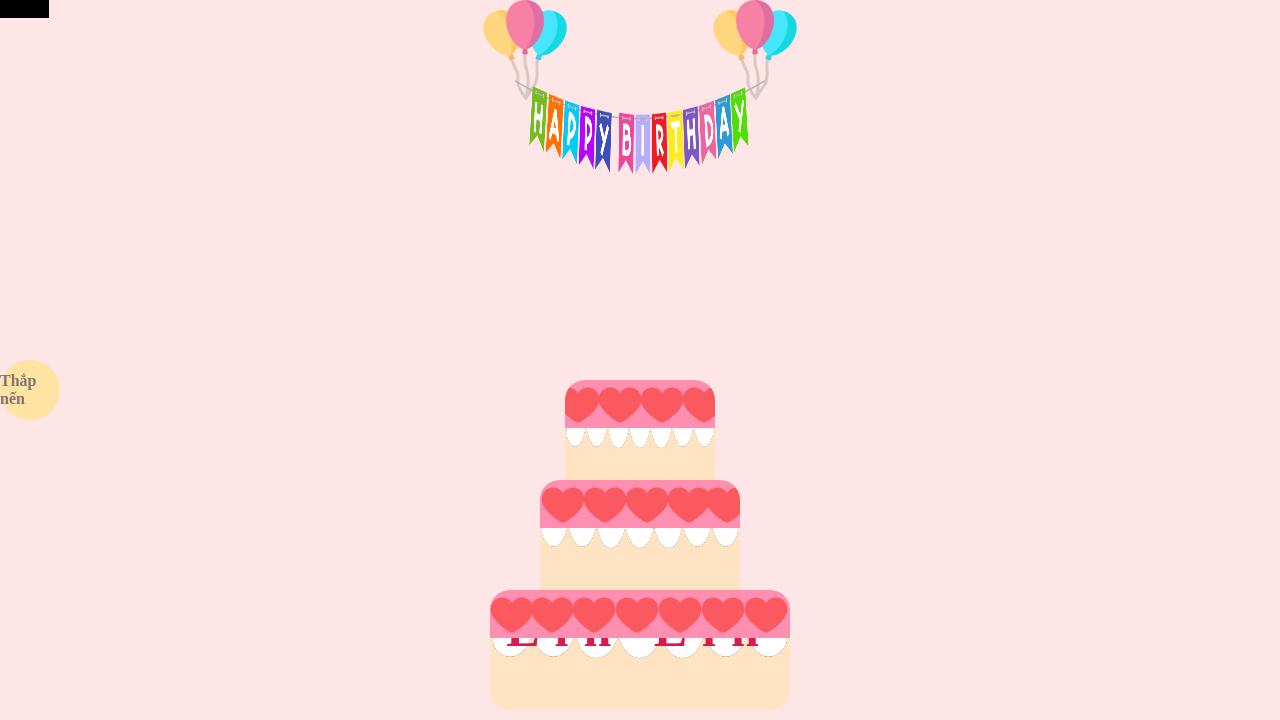
Repository: iphoneboy46/happybirthday
Page: index.html
The author's editor kept a copy of each file at every save. The page is drawn from the files as they stood at one save, then again after a run of saves.
The browser window is 1280 px wide. The pictures show the whole page.
Some web fonts or font styles are not loaded; a fallback is used.

Above is the page before, as saved 2022-11-28 21:44:01.

### index.html
<!DOCTYPE html>
<html lang="en">
  <head>
    <meta charset="UTF-8" />
    <meta http-equiv="X-UA-Compatible" content="IE=edge" />
    <meta name="viewport" content="width=device-width, initial-scale=1.0" />
    <title>Happy Birthday</title>
    <link rel="stylesheet" href="style.css" />
  </head>
  <body>
    <div class="container">
      <div class="bg-black">
        <div class="moden">
            Bật đèn
        </div>
      </div>
      <div class="cake">
        <div class="top--cake">
          <div class="img-wavy">
            <img src="image/img1.png" alt="" />
          </div>

          <div class="img-heart-1--top">
            <img src="image/heart.png" alt="" />
          </div>
          <div class="img-heart-2--top">
            <img src="image/heart.png" alt="" />
          </div>
          <div class="img-heart-3--top">
            <img src="image/heart.png" alt="" />
          </div>
          <div class="img-heart-4--top">
            <img src="image/heart.png" alt="" />
          </div>

          <div class="border-cake"></div>
        </div>
        <div class="center--cake">
          <div class="img-wavy">
            <img src="image/img1.png" alt="" />
          </div>
          <div class="img-heart-1--center">
            <img src="image/heart.png" alt="" />
          </div>
          <div class="img-heart-2--center">
            <img src="image/heart.png" alt="" />
          </div>
          <div class="img-heart-3--center">
            <img src="image/heart.png" alt="" />
          </div>
          <div class="img-heart-4--center">
            <img src="image/heart.png" alt="" />
          </div>
          <div class="img-heart-5--center">
            <img src="image/heart.png" alt="" />
          </div>
          <div class="img-heart-6--center">
            <img src="image/heart.png" alt="" />
          </div>
          <div class="img-heart-7--center">
            <img src="image/heart.png" alt="" />
          </div>

          <div class="border-cake"></div>
        </div>
        <div class="bottom--cake">
          <div class="img-wavy">
            <img src="image/img1.png" alt="" />
          </div>

          <div class="img-heart-1">
            <img src="image/heart.png" alt="" />
          </div>
          <div class="img-heart-2">
            <img src="image/heart.png" alt="" />
          </div>
          <div class="img-heart-3">
            <img src="image/heart.png" alt="" />
          </div>
          <div class="img-heart-4">
            <img src="image/heart.png" alt="" />
          </div>
          <div class="img-heart-5">
            <img src="image/heart.png" alt="" />
          </div>
          <div class="img-heart-6">
            <img src="image/heart.png" alt="" />
          </div>
          <div class="img-heart-7">
            <img src="image/heart.png" alt="" />
          </div>
          <div class="img-heart-8">
            <img src="image/heart.png" alt="" />
          </div>

          <div class="border-cake"></div>
        </div>
        <div class="fire2">
          <img src="music/luanen.gif" alt="" />
        </div>
        <div class="fire4">
          <img src="music/luanen.gif" alt="" />
        </div>
        <div class="number2">
          <img src="image/number2png.png" alt="" />
        </div>
        <div class="number4">
          <img src="image/number4.png" alt="" />
        </div>
      </div>
      <h1 class="name">Lin Lin</h1>
      <h2 class="day">29-11</h2>
      <audio class="audioHpbd" controls autoplay>
        <source src="music/Happy Birthday -Piano Cover.mp3" type="audio/mpeg" />
      </audio>
      <div class="hpbd">
        <div class="text-hbbd">
          <img src="image/hbbdpng.png" alt="" />
        </div>
        <div class="bongbong1">
          <img src="image/balloon.png" alt="" />
        </div>
        <div class="bongbong2">
          <img src="image/balloon.png" alt="" />
        </div>
      </div>
      <div class="btnThapnen">Thắp nến</div>
      <div class="btnThoinen">Thổi nến</div>
    </div>
    <script src="index.js"></script>
  </body>
</html>

### style.css
@import url('https://fonts.googleapis.com/css2?family=Fleur+De+Leah&display=swap');

* {
    padding: 0;
    margin: 0;
    box-sizing: border-box;
    font-family: 'Fleur De Leah', cursive;

}

body {
    overflow: hidden;
}

.container {
    width: 100%;
    background-color: #FFE6E6;
    /* background-color: black; */
    height: 100vh;
    display: flex;
    justify-content: center;
    align-items: flex-end;

}

.cake {
    display: flex;
    flex-direction: column;
    justify-content: center;
    align-items: center;
    animation: cake-scale linear 1s;
}

@keyframes cake-scale {
    0% {
        transform: scale(0)
    }

    100% {
        transform: scale(1)
    }
}

.top--cake {
    position: relative;
    overflow: hidden;
    width: 150px;
    height: 100px;
    background-color: bisque;
    border-top-left-radius: 20px;
    border-top-right-radius: 20px;
}



.center--cake {
    position: relative;
    overflow: hidden;
    width: 200px;
    height: 110px;
    background-color: bisque;
    border-top-left-radius: 20px;
    border-top-right-radius: 20px;
}


.bottom--cake {
    position: relative;
    overflow: hidden;
    width: 300px;
    height: 120px;
    background-color: bisque;
    border-radius: 20px;
    margin-bottom: 10px;
}



.img-wavy {
    width: 100%;
    height: 70px;
}

.img-wavy img {
    width: 100%;
    height: 100%;
}

.img-heart-1 {
    z-index: 3;
    position: absolute;
    top: 0px;
    left: -3px;
    width: 50px;
    height: 50px;
}


.img-heart-1 img {
    width: 100%;
    height: 100%;
}

.img-heart-2 {
    z-index: 3;
    position: absolute;
    top: 0px;
    left: 37px;
    width: 50px;
    height: 50px;
}


.img-heart-2 img {
    width: 100%;
    height: 100%;
}


.img-heart-3 {
    z-index: 3;
    position: absolute;
    top: 0px;
    left: 79px;
    width: 50px;
    height: 50px;
}


.img-heart-3 img {
    width: 100%;
    height: 100%;
}

.img-heart-4 {
    z-index: 3;
    position: absolute;
    top: 0px;
    left: 122px;
    width: 50px;
    height: 50px;
}


.img-heart-4 img {
    width: 100%;
    height: 100%;
}

.img-heart-5 {
    z-index: 3;
    position: absolute;
    top: 0px;
    left: 165px;
    width: 50px;
    height: 50px;
}


.img-heart-5 img {
    width: 100%;
    height: 100%;
}

.img-heart-6 {
    z-index: 3;
    position: absolute;
    top: 0px;
    left: 208px;
    width: 50px;
    height: 50px;
}


.img-heart-6 img {
    width: 100%;
    height: 100%;
}

.img-heart-7 {
    z-index: 3;
    position: absolute;
    top: 0px;
    left: 251px;
    width: 50px;
    height: 50px;
}


.img-heart-7 img {
    width: 100%;
    height: 100%;
}



.border-cake {
    z-index: 2;
    position: absolute;
    top: 0;
    width: 100%;
    height: 48px;
    background-color: #FF8FB1;
}


.img-heart-1--center {
    z-index: 3;
    position: absolute;
    top: 0px;
    left: -2px;
    width: 50px;
    height: 50px;
}


.img-heart-1--center img {
    width: 100%;
    height: 100%;
}

.img-heart-2--center {
    z-index: 3;
    position: absolute;
    top: 0px;
    left: 40px;
    width: 50px;
    height: 50px;
}


.img-heart-2--center img {
    width: 100%;
    height: 100%;
}


.img-heart-3--center {
    z-index: 3;
    position: absolute;
    top: 0px;
    left: 82px;
    width: 50px;
    height: 50px;
}


.img-heart-3--center img {
    width: 100%;
    height: 100%;
}

.img-heart-4--center {
    z-index: 3;
    position: absolute;
    top: 0px;
    left: 124px;
    width: 50px;
    height: 50px;
}


.img-heart-4--center img {
    width: 100%;
    height: 100%;
}

.img-heart-5--center {
    z-index: 3;
    position: absolute;
    top: 0px;
    left: 260px;
    width: 50px;
    height: 50px;
}


.img-heart-5--center img {
    width: 100%;
    height: 100%;
}

.img-heart-6--center {
    z-index: 3;
    position: absolute;
    top: 0px;
    left: 330px;
    width: 50px;
    height: 50px;
}


.img-heart-6--center img {
    width: 100%;
    height: 100%;
}

.img-heart-7--center {
    z-index: 3;
    position: absolute;
    top: 0px;
    left: 162px;
    width: 50px;
    height: 50px;
}


.img-heart-7--center img {
    width: 100%;
    height: 100%;
}



.img-heart-1--top {
    z-index: 3;
    position: absolute;
    top: 0px;
    left: -12px;
    width: 50px;
    height: 50px;
}


.img-heart-1--top img {
    width: 100%;
    height: 100%;
}

.img-heart-2--top {
    z-index: 3;
    position: absolute;
    top: 0px;
    left: 30px;
    width: 50px;
    height: 50px;
}


.img-heart-2--top img {
    width: 100%;
    height: 100%;
}


.img-heart-3--top {
    z-index: 3;
    position: absolute;
    top: 0px;
    left: 72px;
    width: 50px;
    height: 50px;
}


.img-heart-3--top img {
    width: 100%;
    height: 100%;
}

.img-heart-4--top {
    z-index: 3;
    position: absolute;
    top: 0px;
    left: 114px;
    width: 50px;
    height: 50px;
}


.img-heart-4--top img {
    width: 100%;
    height: 100%;
}

.number2 {
    position: absolute;
    width: 60px;
    height: 92px;
    top: 242px;
    left: 40%;
    transform: translateX(-50%);
    animation: num linear 10s
}


.number2 img {
    width: 100%;
    height: 100%;
}

.number4 {
    position: absolute;
    width: 100px;
    height: 100px;
    top: 242px;
    left: 59%;
    transform: translateX(-50%);
    animation: num linear 10s
}

@keyframes num {
    0% {
        top: -500%;
        opacity: 0;
    }

    100% {
        top: 242px;
        opacity: 1;
    }
}

.number4 img {
    width: 100%;
    height: 100%;
}


.hpbd {
    top: 0px;
    position: absolute;
    animation: topText linear 5s;
}

@keyframes topText {
    0% {
        top: 1000px;
    }

    100% {
        top: 0px;
    }
}


.text-hbbd {
    transform: translateX(-50%);
    position: absolute;
    top: 80px;
    left: 50%;
    width: 250px;
    height: 100px;
    z-index: 10;

}



.text-hbbd img {
    width: 100%;
    height: 100%;
}

.bongbong1 {
    position: absolute;
    width: 100px;
    height: 100px;
    left: 65px;
    top: 0px;

    animation: dungdua1 linear 5s infinite;
}

@keyframes dungdua1 {
    0% {
        transform: rotate(0deg)
    }


    50% {
        transform: rotate(10deg)
    }

    100% {
        transform: rotate(0deg)
    }
}



.bongbong1 img {
    width: 100%;
    height: 100%;
}


.bongbong2 {
    position: absolute;
    width: 100px;
    height: 100px;
    right: 65px;
    top: 0px;
    animation: dungdua2 linear 5s infinite;
    animation-delay: 15s;
}

@keyframes dungdua2 {
    0% {
        transform: rotate(0deg)
    }


    50% {
        transform: rotate(-10deg)
    }

    100% {
        transform: rotate(0deg)
    }
}

.bongbong2 img {
    width: 100%;
    height: 100%;
}

.audioHpbd {
    display: none;
}

.name {
    text-align: center;
    top: 600px;
    position: absolute;
    font-size: 50px;
    letter-spacing: 15px;
    color: #D61C4E;
    animation: cake-scale linear 5s;

}


.day {
    text-align: center;
    top: 490px;
    position: absolute;
    font-size: 40px;
    letter-spacing: 15px;
    color: #D61C4E;
    animation: cake-scale linear 5s;

}


.fire2 {
    display: none;
    position: absolute;
    top: 205px;
    left: 135px;
    width: 50px;
    height: 50px;
}

.fire2 img {
    width: 100%;
    height: 100%;
}


.fire4 {
    display: none;
    position: absolute;
    top: 205px;
    right: 128px;
    width: 50px;
    height: 50px;
}

.fire4 img {
    width: 100%;
    height: 100%;
}

.btnThapnen {
    display: flex;
    justify-content: center;
    align-items: center;
    flex-direction: column;
    border-radius: 50%;
    width: 60px;
    height: 60px;
    position: absolute;
    font-weight: bolder;
    top: 50%;
    left: 0;
    user-select: none;
    background-color: #FFE15D;
    animation: thapNen linear 10s;

    opacity: 1;

}

@keyframes thapNen {
    0%{
        opacity: 0;
    }
    100%{
        opacity: 1;
    }
}


.btnThoinen {
    display: flex;
    justify-content: center;
    align-items: center;
    flex-direction: column;
    border-radius: 50%;
    width: 60px;
    height: 60px;
    position: absolute;
    font-weight: bolder;
    top: 50%;
    right:0;
    user-select: none;
    background-color: #FFE15D;
    display: none;
}

.moden{
    position:fixed;
    top: 0;
    left: 0;
    background-color:black;
}

### index.js
const btnThapnen = document.querySelector(".btnThapnen");
const btnThoinen = document.querySelector(".btnThoinen");

const con = document.querySelector(".container");
const fire2 = document.querySelector(".fire2");
const fire4 = document.querySelector(".fire4");


btnThapnen.onclick = () => {
    btnThoinen.style.display = "flex";
    btnThapnen.style.display ="none"
    con.style.backgroundColor = "black";
    fire2.style.display = "block";
    fire4.style.display = "block";

};


btnThoinen.onclick = () => {
    btnThoinen.style.display = "none";
    btnThapnen.style.display ="flex"
    con.style.backgroundColor = "#FFE6E6";
    fire2.style.display = "none";
    fire4.style.display = "none";
};

After the next 2 saves:
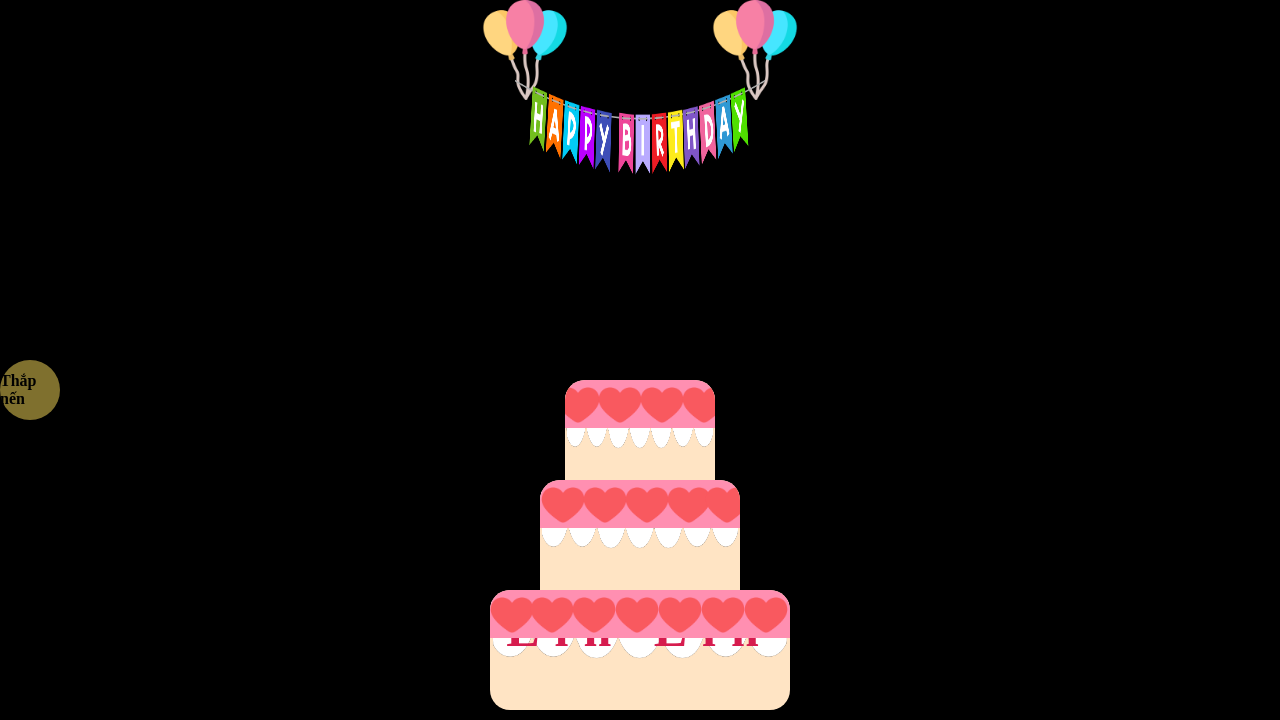
The 2 saves are shown as one change because they came seconds apart.
The last was saved 9 s later.
--- a/style.css
+++ b/style.css
@@ -623,5 +623,7 @@ body {
     position:fixed;
     top: 0;
     left: 0;
+    right: 0;
+    bottom: 0;
     background-color:black;
 }
